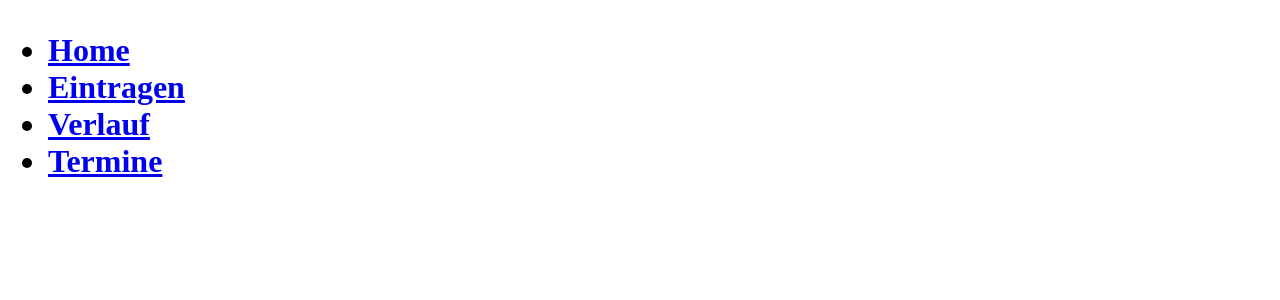
Repository: jakemoes/Pet-Tracker
Page: PWA/trend.html
These files come from the project's save history. The page is drawn as it stood at one moment and after the next save; the edit follows.
The browser window is 1280 px wide. The pictures show the whole page.

Above is the page before, as saved 2024-12-04 23:26:51.

After the next save:
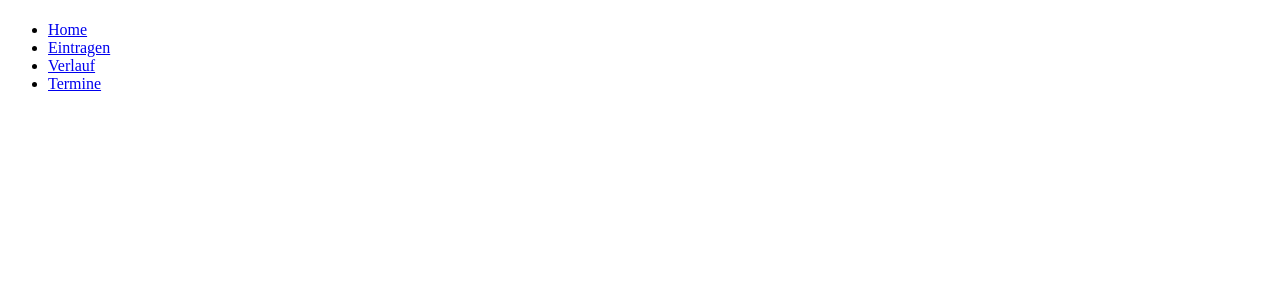
Saved 11 s later.
--- a/PWA/trend.html
+++ b/PWA/trend.html
@@ -10,7 +10,7 @@
     </head>
 
     <body>
-        <h1
+        <h1></h1>
 
         <footer>
             <nav>
